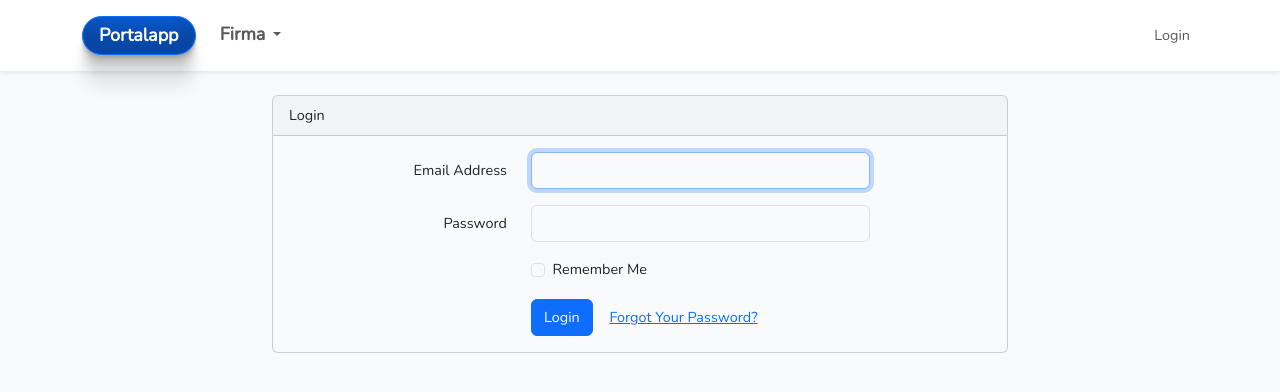
Repository: oguzhansade/portalapp
Page: http://localhost/login
An editor plug-in stored every save of this project. The page is shown before and after the next save, followed by the edit.
The browser window is 1280 px wide. The pictures show the whole page.
The page is served by the project's Laravel application, run on PHP 8.4 with Laravel 9. Style sheets and scripts are compiled from the project's sources, by tool versions that may differ from the author's.

Above is the page before, as saved 2023-06-29 11:44:17.

After the next save:
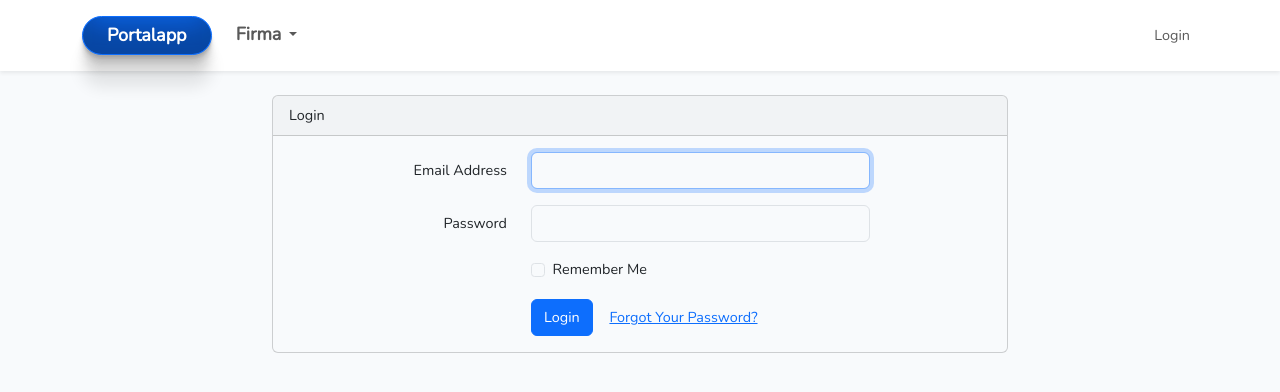
Saved 4 s later.
--- a/resources/views/layouts/app.blade.php
+++ b/resources/views/layouts/app.blade.php
@@ -39,7 +39,7 @@
     <div id="app">
         <nav class="navbar navbar-expand-md navbar-light bg-white shadow-sm ">
             <div class="container py-2">
-                <a class="btn btn-primary rounded-pill text-white navbar-brand b-shadow px-3 py-1" href="{{ url('/') }}">
+                <a class="btn btn-primary rounded-pill text-white navbar-brand b-shadow px-4 py-1" href="{{ url('/') }}">
                     <b>{{ config('app.name', 'Laravel') }}</b>
                 </a>
                 <button class="navbar-toggler" type="button" data-bs-toggle="collapse" data-bs-target="#navbarSupportedContent" aria-controls="navbarSupportedContent" aria-expanded="false" aria-label="{{ __('Toggle navigation') }}">

After the save that followed:
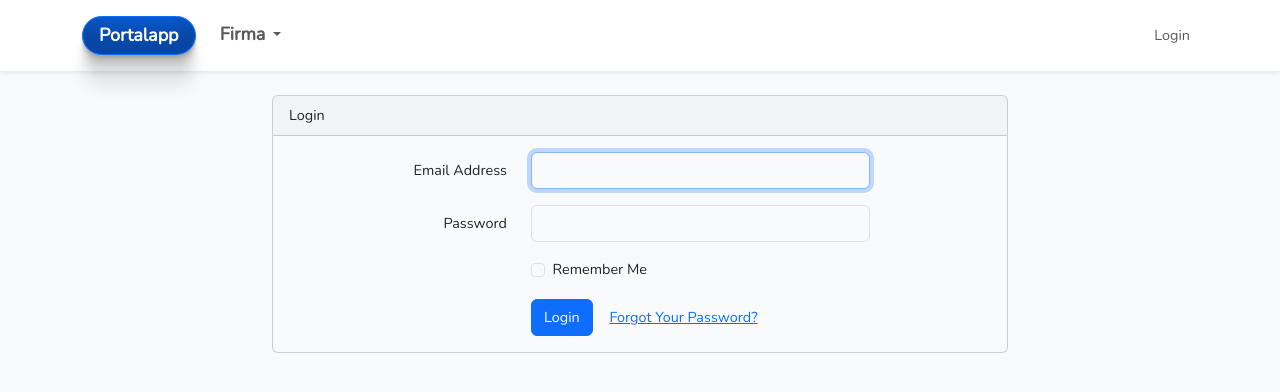
Saved 54 s later.
--- a/resources/views/layouts/app.blade.php
+++ b/resources/views/layouts/app.blade.php
@@ -39,7 +39,7 @@
     <div id="app">
         <nav class="navbar navbar-expand-md navbar-light bg-white shadow-sm ">
             <div class="container py-2">
-                <a class="btn btn-primary rounded-pill text-white navbar-brand b-shadow px-4 py-1" href="{{ url('/') }}">
+                <a class="btn btn-primary rounded-pill text-white navbar-brand b-shadow px-3 py-1" href="{{ url('/') }}">
                     <b>{{ config('app.name', 'Laravel') }}</b>
                 </a>
                 <button class="navbar-toggler" type="button" data-bs-toggle="collapse" data-bs-target="#navbarSupportedContent" aria-controls="navbarSupportedContent" aria-expanded="false" aria-label="{{ __('Toggle navigation') }}">
